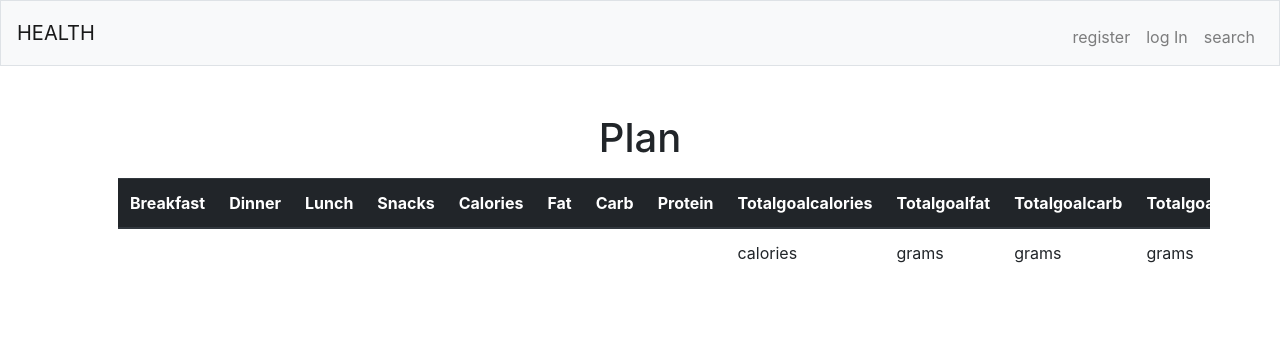
Repository: bahgaat/cs50
Page: templates/plan.html
The author's editor kept a record of every edit. The page is drawn from the files as they stood at one moment, then again after the next edit.
The browser window is 1280 px wide. The pictures show the whole page.
The page is served by the project's application, run on Flask 3 (applications.py). The template is opened directly, without the code that normally fills it, so the values that code supplies are empty.

Above is the page before.

After the next edit:
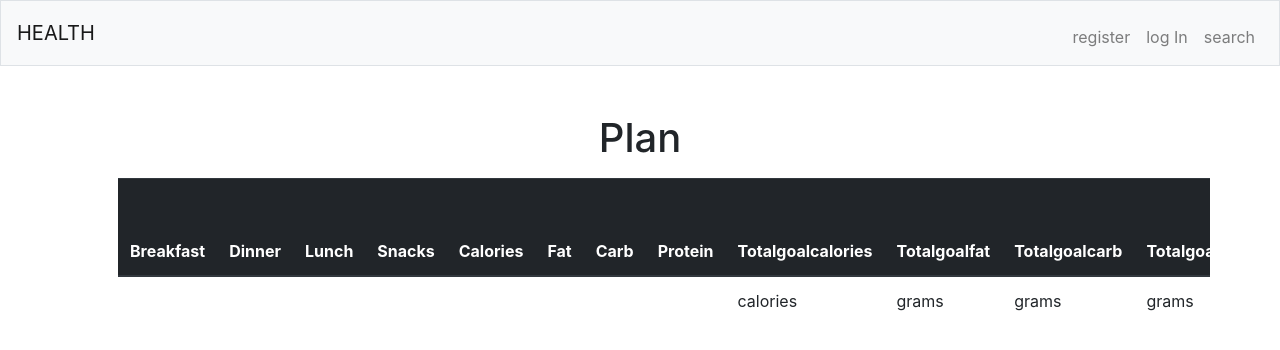
The edit:
--- a/templates/plan.html
+++ b/templates/plan.html
@@ -33,8 +33,8 @@
             <th>Remainingcarb</th>
             <th>Proteinconsumed</th>
             <th>Remainingprotein</th>
-            <th>date</th>
-            <th>Startdate</th>
+            <th>Todays date</th>
+            <th>Start diet date</th>
         </tr>
 
 
